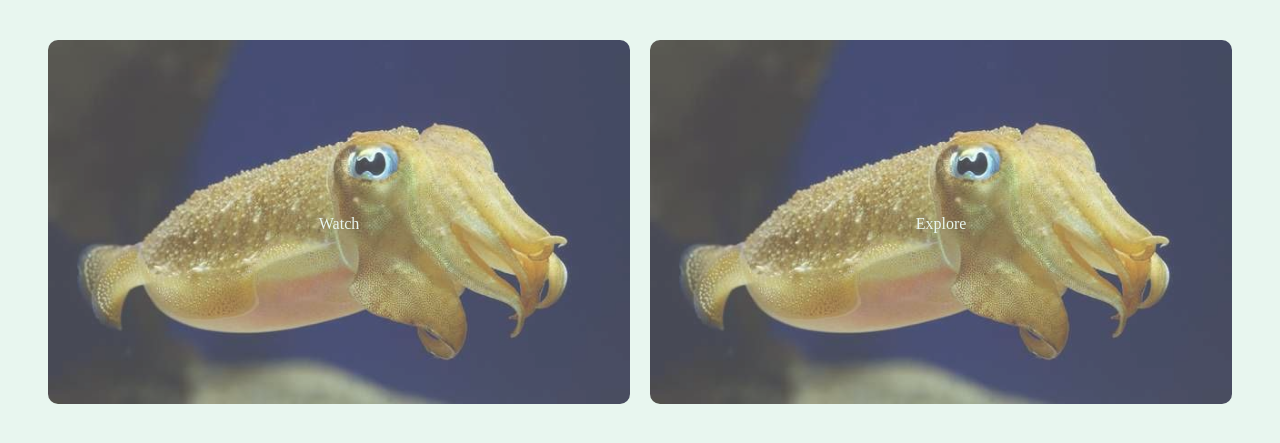
Repository: neomort/comm-lab-vid-site
Page: index.html
These files come from the project's save history. The page is drawn as it stood at one moment and after the next save; the edit follows.
The browser window is 1280 px wide. The pictures show the whole page.

Above is the page before, as saved 2021-09-12 21:28:51.

After the next save:
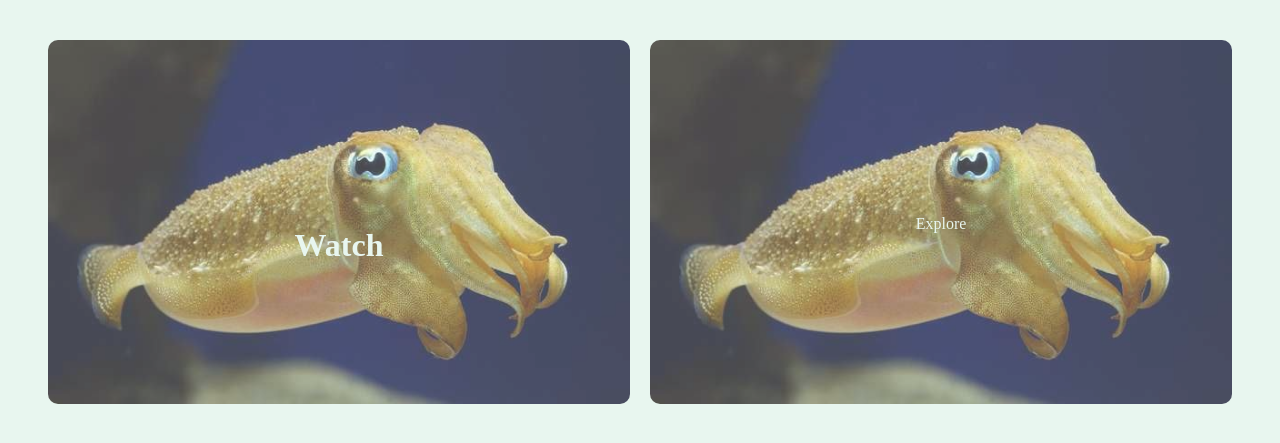
Saved 42 s later.
--- a/index.html
+++ b/index.html
@@ -12,7 +12,7 @@
       <div class="row">
         <div class="column container">
           <a href="https://www.youtube.com/watch?v=O3Jf4U1E7Jc"><img class="image-1" src="images/cuddle.jpg" /></a>
-          <div class="centered-text text-light">Watch</div>
+          <H1 class="font centered-text text-light">Watch</H1>
         </div>
         <div class="column-2 container">
           <a href="https://www.youtube.com/watch?v=O3Jf4U1E7Jc"><img class="image-1" src="images/cuddle.jpg" /></a>
